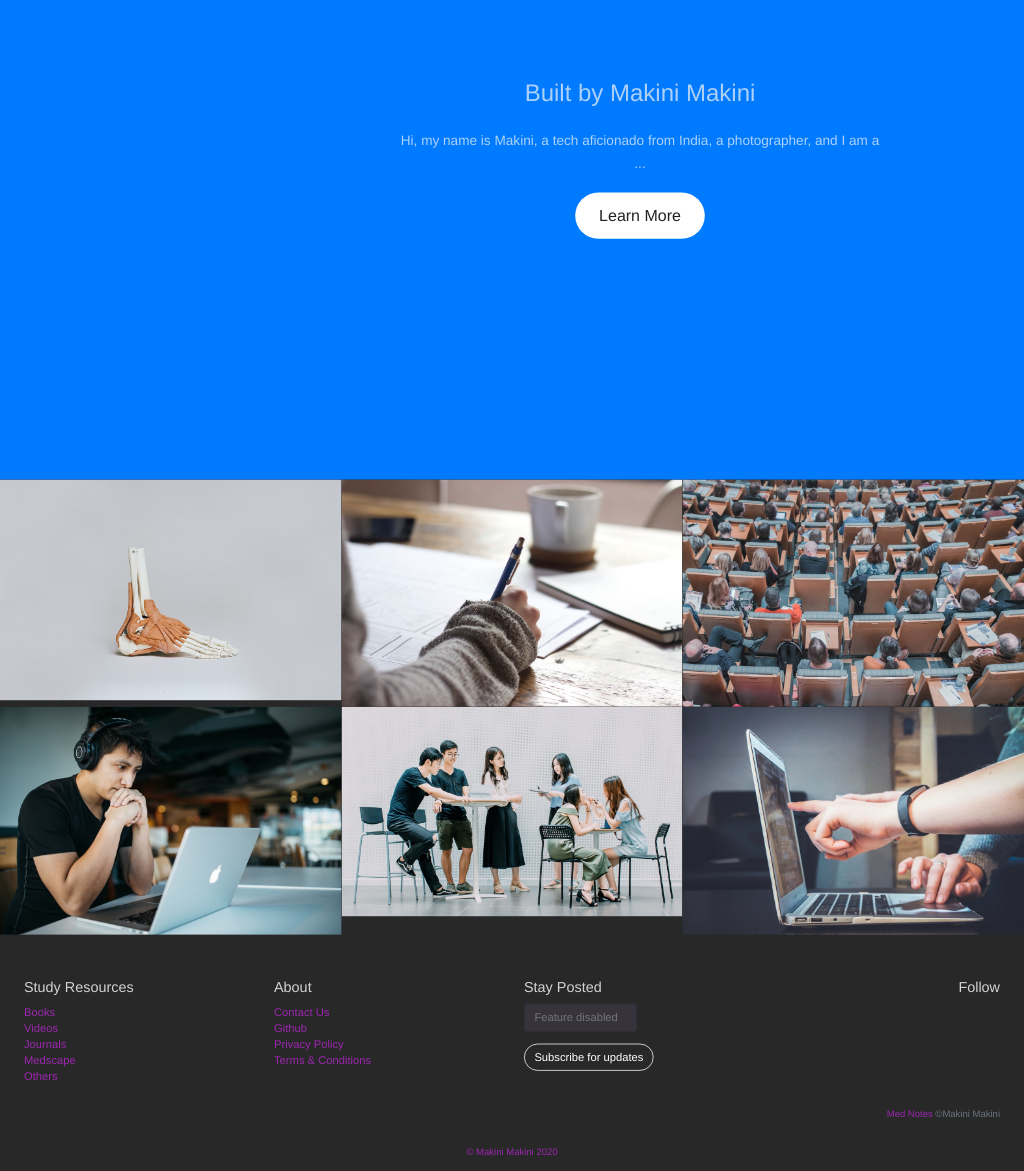
Repository: MakiniMakini/AMSUN-NOTES
Page: http://localhost/
These files come from the project's save history. The page is drawn as it stood at one moment and after the next save; the edit follows.
The browser window is 1280 px wide. The pictures show the part of the page from y = 787 to 2251 px (the page is 2251 px tall), at 80% of full size.
Some web fonts or font styles are not loaded; a fallback is used. The page is served by the project's application, run on Flask 3 (application.py). Other server files are loaded and not shown.

Above is the page before, as saved 2020-12-27 16:32:02.

### templates/home.html
{% extends "layout.html" %}

{% block title %}
    Home
{% endblock %}

{% block main %}


<header id="first">
    <div class="header-content">
        <div class="inner">
            {% if session.user_id %}
            <h1 class="cursive">Welcome, Medical Student Notes</h1>
            <h4>An easy way to watch Youtube Videos and save notes</h4>
            <hr>
                <a href="https://www.youtube.com" target="blank"  class="btn btn-primary btn-xl mb-5 mb-sm-0">Search Youtube</a> &nbsp; <a href="/home" class="btn btn-primary btn-xl page-scroll">Get Started</a>
            {% else %}
                <h1 class="cursive">Amsun Notes</h1>
                <hr>
                <a href="/about" data-toggle="collapse" class="btn btn-primary btn-xl page-scroll">About</a> &nbsp; <a href="/login" class="btn btn-primary btn-xl page-scroll">Get Started</a>
            {% endif %}
        </div>
    </div>
</header>
<section  id="one"  class="bg-primary" >
    <div class="container-fluid">
        <div class="row justify-content-center">
            <div class="col-lg-6 col-lg-offset-3 col-md-8 col-md-offset-2 text-center">
                <h2 class="margin-top-0  text-faded text-center">Built by Makini Makini</h2>
                <br>
                <p class="text-faded">
                    Hi, my name is Makini, a tech aficionado from India, a photographer, and I am a ...
                </p>
                <a href="https://makini-makini.herokuapp.com" class="btn btn-default btn-xl page-scroll" target="blank">Learn More </a>
            </div>
        </div>
    </div>
</section>

<section id="three" class="no-padding">
    <div class="container-fluid">
        <div class="row no-gutter">
            <div class="col-lg-4 col-sm-6">
                <a href="#galleryModal" class="gallery-box" data-toggle="modal" data-src="./assets/deer.jpg">
                    <img src="/static/images/deer.jpg" class="img-responsive" alt="Image 1">
                    <div class="gallery-box-caption">
                        <div class="gallery-box-content">
                            <div>
                                <i class="icon-lg ion-ios-search"></i>
                            </div>
                        </div>
                    </div>
                </a>
            </div>
            <div class="col-lg-4 col-sm-6">
                <a href="#galleryModal" class="gallery-box" data-toggle="modal" data-src="/static/images/beach.jpg">
                    <img src="/static/images/beach.jpg" class="img-responsive" alt="Image 2">
                    <div class="gallery-box-caption">
                        <div class="gallery-box-content">
                            <div>
                                <i class="icon-lg ion-ios-search"></i>
                            </div>
                        </div>
                    </div>
                </a>
            </div>
            <div class="clearfix hidden-lg"> </div>
            <div class="col-lg-4 col-sm-6">
                <a href="#galleryModal" class="gallery-box" data-toggle="modal" data-src="./assets/lake.jpg">
                    <img src="/static/images/lake.jpg" class="img-responsive" alt="Image 3">
                    <div class="gallery-box-caption">
                        <div class="gallery-box-content">
                            <div>
                                <i class="icon-lg ion-ios-search"></i>
                            </div>
                        </div>
                    </div>
                </a>
            </div>
            <div class="col-lg-4 col-sm-6">
                <a href="#galleryModal" class="gallery-box" data-toggle="modal" data-src="./assets/bike.jpg">
                    <img src="/static/images/bike.jpg" class="img-responsive" alt="Image 4">
                    <div class="gallery-box-caption">
                        <div class="gallery-box-content">
                            <div>
                                <i class="icon-lg ion-ios-search"></i>
                            </div>
                        </div>
                    </div>
                </a>
            </div>
            <div class="clearfix hidden-lg"> </div>
            <div class="col-lg-4 col-sm-6">
                <a href="#galleryModal" class="gallery-box" data-toggle="modal" data-src="./assets/city.jpg">
                    <img src="/static/images/city.jpg" class="img-responsive" alt="Image 5">
                    <div class="gallery-box-caption">
                        <div class="gallery-box-content">
                            <div>
                                <i class="icon-lg ion-ios-search"></i>
                            </div>
                        </div>
                    </div>
                </a>
            </div>
            <div class="col-lg-4 col-sm-6">
                <a href="#galleryModal" class="gallery-box" data-toggle="modal" data-src="./assets/colors.jpg">
                    <img src="/static/images/colors.jpg" class="img-responsive" alt="Image 6">
                    <div class="gallery-box-caption">
                        <div class="gallery-box-content">
                            <div>
                                <i class="icon-lg ion-ios-search"></i>
                            </div>
                        </div>
                    </div>
                </a>
            </div>
        </div>
    </div>
</section>



<footer id="footer">
    <div class="container-fluid">
        <div class="row">
            <div class="col-xs-6 col-sm-3 column">
                <h4>Study Resources</h4>
                <ul class="list-unstyled">
                    <li><a href="https://www.pdfdrive.com/category/45" target="blank">Books</a></li>
                    <li><a href="https://www.youtube.com/c/osmosis/videos" target="blank">Videos</a></li>
                    <li><a href="http://www.freemedicaljournals.com" target="blank">Journals</a></li>
                    <li><a href="http://www.medscape.com" target="blank">Medscape</a></li>
                    <li><a href="https://www.youtube.com/user/armandohasudungan/videos" target="blank">Others</a></li>
                </ul>
            </div>
            <div class="col-xs-6 col-sm-3 column">
                <h4>About</h4>
                <ul class="list-unstyled">
                    <li><a href="mailto:brianmakini@gmail.com">Contact Us</a></li>
                    <li><a href="https://github.com/MakiniMakini" target="blank">Github</a></li>
                    <li><a href="#">Privacy Policy</a></li>
                    <li><a href="#">Terms &amp; Conditions</a></li>
                </ul>
            </div>
            <div class="col-xs-12 col-sm-3 column">
                <h4>Stay Posted</h4>
                <form>
                    <div class="form-group">
                      <input type="text" class="form-control-email" title="No spam, we promise!" placeholder="Feature disabled">
                    </div>
                    <div class="form-group">
                      <button class="btn btn-primary" data-toggle="modal" data-target="#alertModal" type="button">Subscribe for updates</button>
                    </div>
                </form>
            </div>
            <div class="col-xs-12 col-sm-3 text-right">
                <h4>Follow</h4>
                <ul class="list-inline">
                  <li><a rel="nofollow" href="" title="Twitter"><i class="icon-lg ion-social-twitter-outline"></i></a>&nbsp;</li>
                  <li><a rel="nofollow" href="" title="Facebook"><i class="icon-lg ion-social-facebook-outline"></i></a>&nbsp;</li>
                  <li><a rel="nofollow" href="" title="Dribble"><i class="icon-lg ion-social-dribbble-outline"></i></a></li>
                </ul>
            </div>
        </div>
        <br/>
        <span class="pull-right text-muted small"><a href="#">Med Notes</a> ©Makini Makini</span>
    </div>
</footer>

<!--scripts loaded here -->
<script src="/js/jquery.min.js"></script>
<script src="/js/bootstrap.min.js"></script>
<script src="/js/jquery.easing.min.js"></script>
<script src="/js/wow.js"></script>
<script src="/js/scripts.js"></script>


{% endblock %}

### templates/layout.html
<!DOCTYPE html>
<html lang="en">
    <head>
        <!-- Required meta tags -->
        <meta charset="utf-8">
        <meta name="viewport" content="width=device-width, initial-scale=1, shrink-to-fit=no">

        <!-- documentation at http://getbootstrap.com/docs/4.1/, alternative themes at https://bootswatch.com/ -->
        <link href="https://maxcdn.bootstrapcdn.com/bootstrap/4.1.3/css/bootstrap.min.css" rel="stylesheet">

        <!-- https://favicon.io/emoji-favicons/money-mouth-face/ -->
        <link href="/static/favicon.ico" rel="icon">

        <link href="/static/styles.css" rel="stylesheet">
        <link rel="stylesheet" href="/static/bootstrap.min.css" />
        <link rel="stylesheet" href="/static/animate.min.css" />
        <link rel="stylesheet" href="/static/ionicons.min.css" />
        <link rel="stylesheet" href="/static/styles2.css" />
        <link rel="stylesheet" href="/static/profile.css" />

        <script src="https://code.jquery.com/jquery-3.3.1.min.js"></script>
        <script src="https://cdnjs.cloudflare.com/ajax/libs/popper.js/1.14.3/umd/popper.min.js"></script>
        <script src="https://maxcdn.bootstrapcdn.com/bootstrap/4.1.3/js/bootstrap.min.js"></script>

        <title>AMSUN Notes: {% block title %}{% endblock %}</title>
    </head>

    <body>

        <nav class="navbar navbar-expand-md navbar-light bg-none pl-5 pr-5 m-0 fixed-top">
            <a class="navbar-brand" href="/"><span class="blue">A</span><span class="red">M</span><span class="yellow">S</span><span class="green">U</span><span class="yellow">N</span> <span class="blue">Notes</span></a>
            <button aria-controls="navbar" aria-expanded="false" aria-label="Toggle navigation" class="navbar-toggler bg-light" data-target="#navbar" data-toggle="collapse" type="button">
                <span class="navbar-toggler-icon"></span>
            </button>
            <div class="collapse navbar-collapse" id="navbar" >
                {% if session.user_id %}
                    <ul class="navbar-nav mr-auto mt-2">
                        <li class="nav-item"><a class="nav-link" href="/home">New Note</a></li>
                        <li class="nav-item"><a class="nav-link" href="/my_notes">My Notes</a></li>
                    </ul>
                    <ul class="navbar-nav ml-auto mt-2 navbar-right">
                        <li class="nav-item"><a class="nav-link" href="/profile">Profile</a></li>
                        <li class="nav-item"><a class="nav-link" href="/logout">Log Out</a></li>
                    </ul>
                {% else %}
                    <ul class="navbar-nav ml-auto mt-2 navbar-right">
                        <li class="nav-item"><a class="nav-link" href="/register">Register</a></li>
                        <li class="nav-item"><a class="nav-link" href="/login">Log In</a></li>
                    </ul>
                {% endif %}
            </div>
        </nav>

        {% if get_flashed_messages() %}
            <header>
                <div class="alert alert-primary border text-center" role="alert">
                    {{ get_flashed_messages() | join(" ") }}
                </div>
            </header>
        {% endif %}

        <main class="container p-0">

        </main>
        {% block main %}{% endblock %}

        <footer class="small text-center text-muted bg-none">
             <a href="https://makini-makini.herokuapp.com">© Makini Makini 2020</a>
        </footer>

    </body>
</html>

### static/styles.css
nav .navbar-brand {
	/* size for brand */
	font-size: xx-large;
}

/* colors for brand */
nav .navbar-brand .blue {
	color: #537fbe;
}
nav .navbar-brand .red {
	color: #ea433b;
}
nav .navbar-brand .yellow {
	color: #f5b82e;
}
nav .navbar-brand .green {
	color: #2e944b;
}

.navbar .nav-link {
	color: whitesmoke !important;
}

main .form-control {
	/* center form controls */
	display: inline-block;

	/* override Bootstrap's 100% width for form controls */
	width: auto;
}

main {
	/* scroll horizontally as needed */
	overflow-x: auto;

	/* center contents */
	text-align: center;
}

main img {
	/* constrain images on small screens */
	max-width: 100%;
}

/* Style the image inside the centered container, if needed */
.centered img {
	width: 150px;
	border-radius: 50%;
}

textarea {
	font-family: monospace;
}

.section_name {
	text-align: center;
	padding: 0;
}

.form-form {
	text-align: center;
	padding-top: 10vh;
}
.btn:focus {
	outline: none !important;
}

.form-control-email {
	text-align: left;
	display: block;
	width: 50%;
	height: 35px;
	padding: 6px 12px;
	font-size: 14px;
	line-height: 1.5;
	color: #eee;
	background-color: #36333d;
	background-image: none;
	border: 1px solid #36333d;
	border-radius: 4px;
	box-shadow: inset 0 1px 1px rgba(0, 0, 0, 0.075);
	transition: border-color ease-in-out .15s, box-shadow ease-in-out .15s;
}
.form-control-email:focus {
	outline: none;
}

.my_notes {
	margin: auto;
	align-content: center;
	padding-top: 2vh;
}

.my_notes .card {
	align-content: center;
	margin: auto;
}

textarea {
	background-color: #a3462f;
	padding: 5px;
	columns: red;
}

textarea:focus {
	background-color: #2f2d33;
	outline: none;
}

.notes_form {
	margin: auto;
	align-items: center;
	align-content: center;
}
.navbar-toggler:focus {
	outline: none;
}
.myIframe {
	position: relative;
	padding-bottom: 65.25%;
	padding-top: 30px;
	height: 0;
	overflow: auto;
	-webkit-overflow-scrolling: touch; //<<--- THIS IS THE KEY
}
.myIframe iframe {
	position: relative;
	top: 0;
	left: 0;
	width: 100%;
}
.notes-btn {
	margin: auto !important;
	align-items: center !important;
	display: block !important;
}

### static/profile.css
/* Profile container */
.profile {
	margin: 20px 0;
}

/* Profile sidebar */
.profile-sidebar {
	padding: 20px 0 10px 0;
	background: #fff;
}

.profile-userpic img {
	float: none;
	margin: 0 auto;
	width: 50%;
	height: 50%;
	-webkit-border-radius: 50% !important;
	-moz-border-radius: 50% !important;
	border-radius: 50% !important;
}

.profile-usertitle {
	text-align: center;
	margin-top: 20px;
}

.profile-usertitle-name {
	color: #eceef1;
	font-size: 16px;
	font-weight: 600;
	margin-bottom: 7px;
}

.profile-usertitle-job {
	text-transform: uppercase;
	color: #5b9bd1;
	font-size: 12px;
	font-weight: 600;
	margin-bottom: 15px;
}

.profile-userbuttons {
	text-align: center;
	margin-top: 10px;
}

.profile-userbuttons .btn {
	text-transform: uppercase;
	font-size: 11px;
	font-weight: 600;
	padding: 6px 15px;
	margin-right: 5px;
}

.profile-userbuttons .btn:last-child {
	margin-right: 0px;
}

.profile-usermenu {
	margin-top: 30px;
}

.profile-usermenu ul li {
	border-bottom: 1px solid #f0f4f7;
}

.profile-usermenu ul li:last-child {
	border-bottom: none;
}

.profile-usermenu ul li a {
	color: #93a3b5;
	font-size: 14px;
	font-weight: 400;
}

.profile-usermenu ul li a i {
	margin-right: 8px;
	font-size: 14px;
}

.profile-usermenu ul li a:hover {
	background-color: #fafcfd;
	color: #5b9bd1;
}

.profile-usermenu ul li.active {
	border-bottom: none;
}

.profile-usermenu ul li.active a {
	color: #dd831c;
	background-color: #f6f9fb;
	border-left: 2px solid #e92309;
	margin-left: -2px;
}

/* Profile Content */
.profile-content {
	padding: 20px;
	background: rgb(27, 23, 23);
	min-height: 200px;
	font-family: monospace;
}

Loaded but not shown: static/bootstrap.min.css (library); static/animate.min.css (library); static/ionicons.min.css (library); js/jquery.min.js (library); js/bootstrap.min.js (library); js/jquery.easing.min.js (library); js/wow.js (library); js/scripts.js (34 lines, source omitted); static/styles2.css (529 lines, source omitted); application.py (254 lines, source omitted)

After the next save:
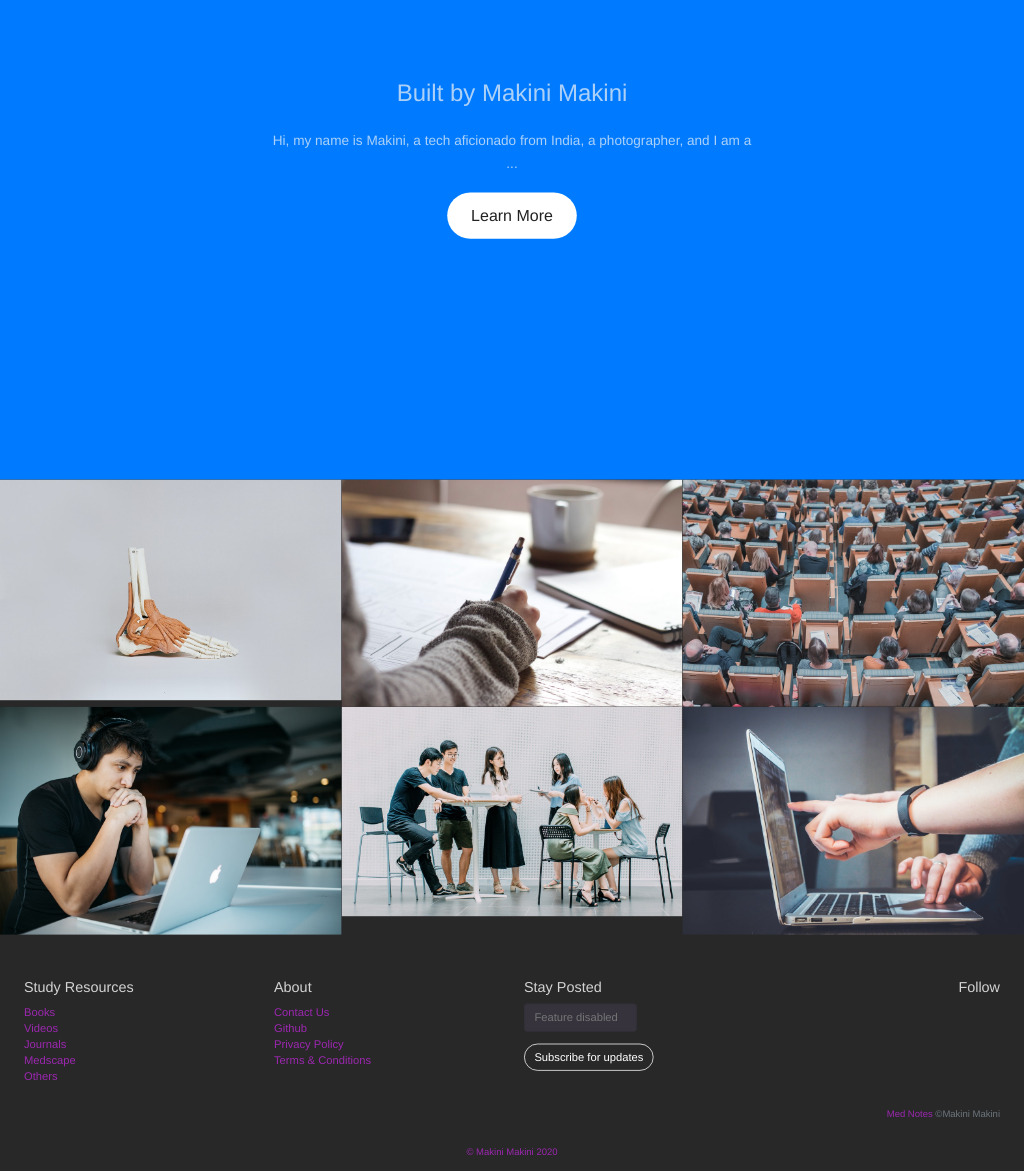
Saved 3 min 41 s later.
--- a/templates/home.html
+++ b/templates/home.html
@@ -25,7 +25,7 @@
 </header>
 <section  id="one"  class="bg-primary" >
     <div class="container-fluid">
-        <div class="row justify-content-center">
+        <div class="row ">
             <div class="col-lg-6 col-lg-offset-3 col-md-8 col-md-offset-2 text-center">
                 <h2 class="margin-top-0  text-faded text-center">Built by Makini Makini</h2>
                 <br>
